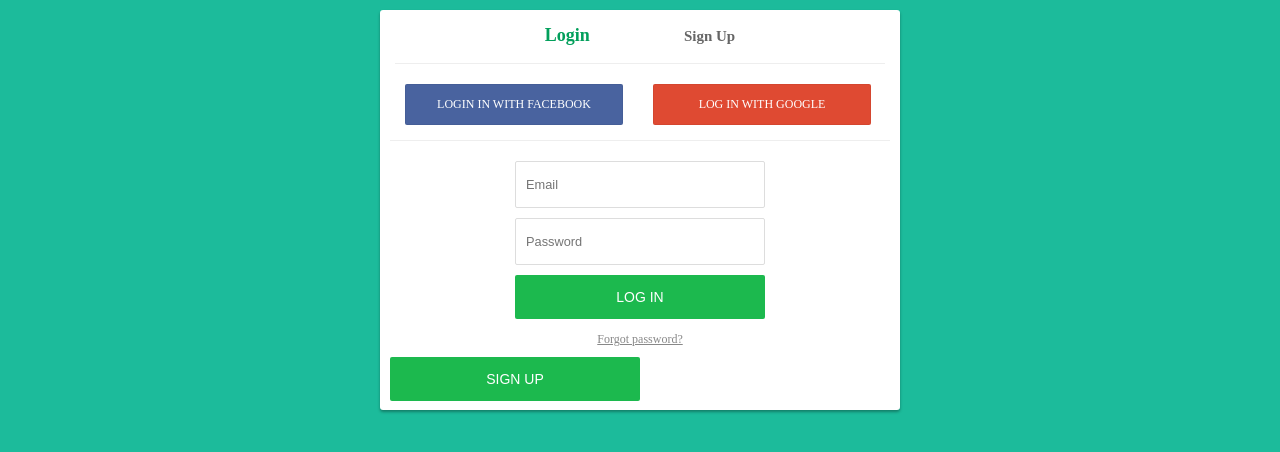
Repository: erengthb/AWS-Java-Servlet-Project
Page: http://localhost/Proje/Homepage.jsp
An editor plug-in stored every save of this project. The page is shown before and after the next save, followed by the edit.
The browser window is 1280 px wide. The pictures show the whole page.
The page is served by Tomcat 9.

Above is the page before, as saved 2022-04-17 13:15:14.
Console error: ReferenceError: $ is not defined

After the next save:
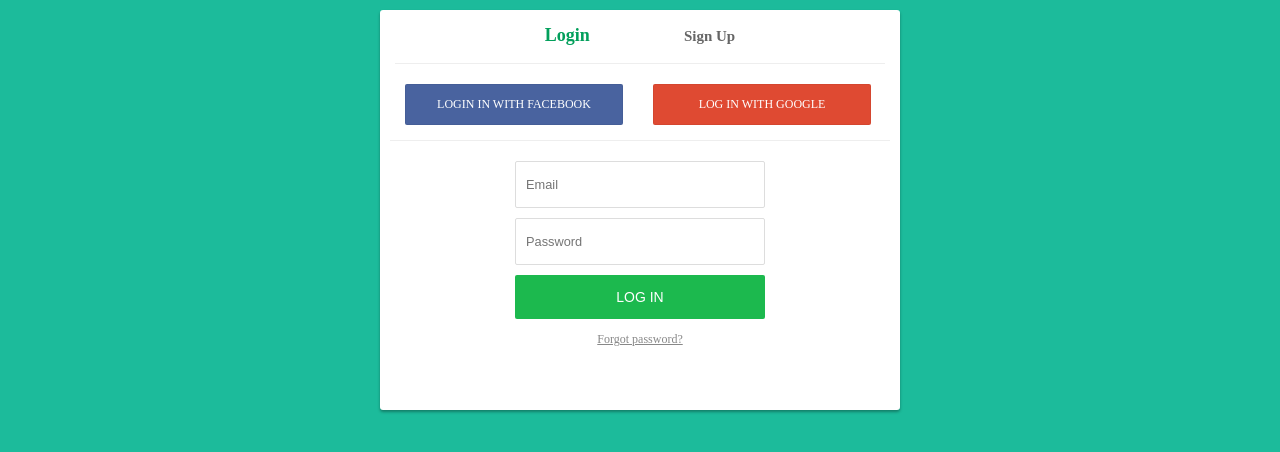
Saved 8 s later.
--- a/Proje/src/main/webapp/Homepage.jsp
+++ b/Proje/src/main/webapp/Homepage.jsp
@@ -160,9 +160,7 @@ box-shadow: 0px 2px 3px 0px rgba(0,0,0,0.33);
       </div>
     </form>
 
-      <div class="u-form-group">
-        <button>Sign Up</button>
-      </div>
+
     </form>
   </div>
 
